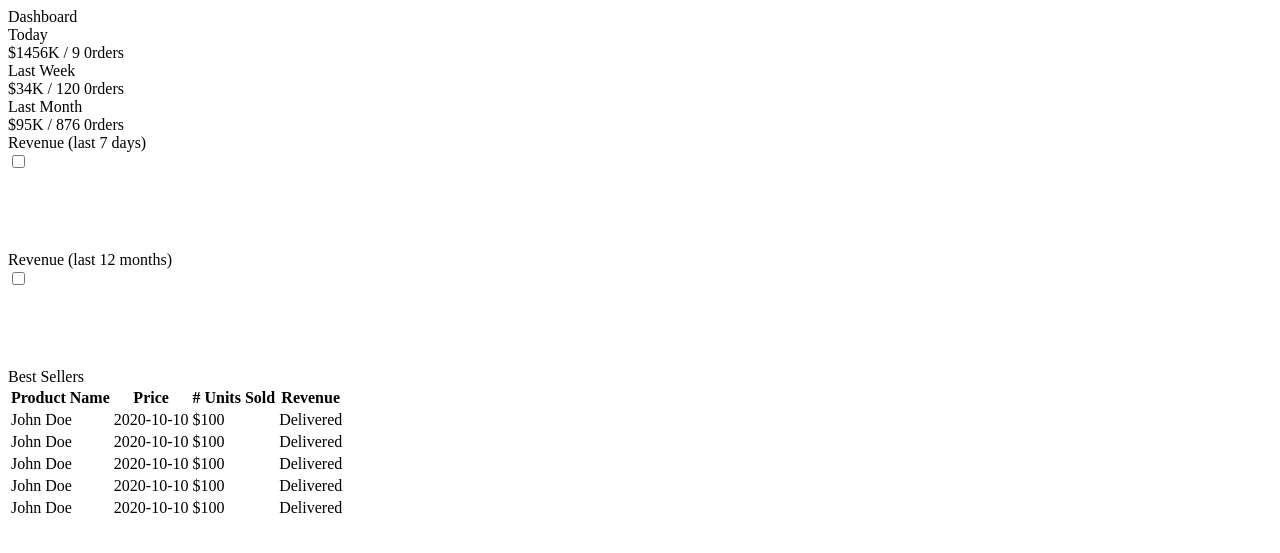
Repository: cjaymoni/FE_Submission02
Page: views/dashboard/dashboard.html
These files come from the project's save history. The page is drawn as it stood at one moment and after the next save; the edit follows.
The browser window is 1280 px wide. The pictures show the whole page.

Above is the page before, as saved 2022-10-03 09:12:17.

After the next save:
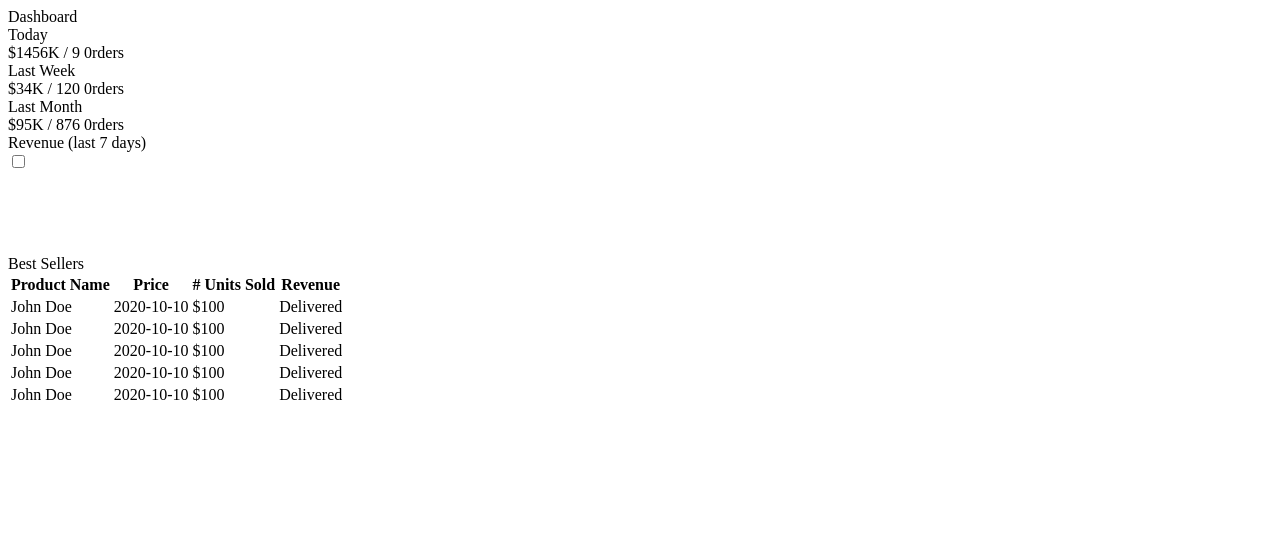
Saved 11 min 43 s later.
--- a/views/dashboard/dashboard.html
+++ b/views/dashboard/dashboard.html
@@ -64,22 +64,6 @@
       </label>
     </div>
     <canvas id="myChart" width="200" height="80"></canvas>
-  </div>
-
-  <div class="container">
-    <div class="order-header-text">
-      <span>Revenue (last 12 months)</span>
-    </div>
-    <div>
-      <label class="switch">
-        <input
-          type="checkbox"
-          id="monthToggleButton"
-          name="monthToggleButton"
-        />
-        <span class="slider round"></span>
-      </label>
-    </div>
     <canvas id="monthChart" width="200" height="80"></canvas>
   </div>
 
